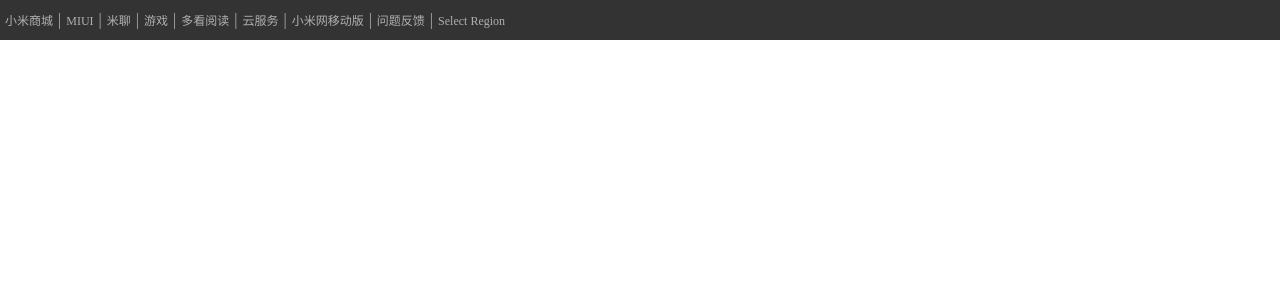
Repository: jijiajia19/mvue-by-jacle
Page: /
The author's editor kept a copy of each file at every save. The page is drawn from the files as they stood at one save, then again after the next save.
The browser window is 1280 px wide. The pictures show the whole page.
The project was rebuilt for these pictures with package versions that can differ from the ones it lists, and the page was loaded fresh each time. Also part of the build but not shown: vue.config.js.

Above is the page before, as saved 2022-02-22 14:02:59.

### public/index.html
<!DOCTYPE html>
<html lang="">
    <head>
        <meta charset="utf-8" />
        <meta http-equiv="X-UA-Compatible" content="IE=edge" />
        <meta name="viewport" content="width=device-width,initial-scale=1.0" />
        <link rel="icon" href="<%= BASE_URL %>favicon.ico" />
        <title><%= htmlWebpackPlugin.options.title %></title>
        <style>
            body {
                margin: 0px;
                padding: 0px;
            }
        </style>
    </head>
    <body>
        <noscript>
            <strong
                >We're sorry but <%= htmlWebpackPlugin.options.title %> doesn't
                work properly without JavaScript enabled. Please enable it to
                continue.</strong
            >
        </noscript>
        <div id="app"></div>
        <!-- built files will be auto injected -->
    </body>
</html>

### src/main.js
import Vue from 'vue';
// import App from './App.vue';
import Main from '@v/Main';
import router from './router';

Vue.config.productionTip = false;

new Vue({
    router,
    render: (h) => h(Main),
}).$mount('#app');

### src/views/Main.vue
<template>
    <div class="main-container"><Header></Header></div>
</template>

<script>
import Header from '@c/Header.vue';

export default {
    name: 'Main',
    data() {
        return {};
    },
    components: { Header },
};
</script>

<style scoped lang="less">
@import '@a/css/base.css';
</style>

### src/router/index.js
import Vue from 'vue';
import VueRouter from 'vue-router';
import Main from '@v/Main';

Vue.use(VueRouter);

const routes = [
    {
        path: '/',
        name: 'main',
        component: Main,
    },
    {
        path: '/about',
        name: 'about',
        // route level code-splitting
        // this generates a separate chunk (about.[hash].js) for this route
        // which is lazy-loaded when the route is visited.
        component: () =>
            import(/* webpackChunkName: "about" */ '../views/AboutView.vue'),
    },
];

const router = new VueRouter({
    routes,
});

export default router;

### src/assets/css/base.css
html {
    width: 100%;
    height: 100%;
}

body {
    font-family: Helvetica, Arial, 'Microsoft Yahei', 'Hiragino Sans GB',
        'Heiti SC', 'WenQuanYi Micro Hei', sans-serif;
    width: 100%;
    height: 100%;
}

ul {
    margin: 0;
    padding: 0;
    list-style: none;
}

.clearfix:after {
    content: '.';
    display: block;
    height: 0;
    clear: both;
    visibility: hidden;
}
.clearfix {
    *+height: 1%;
}

a {
    text-decoration: none;
    color: #333;
}

### src/components/Header.vue
<template>
    <div class="container">
        <div class="topbar-nav">
            <ul class="nav-wrap">
                <li
                    v-for="(item, index) in navs"
                    class="nav clearfix"
                    :key="item.name"
                >
                    <template v-if="item.name === '小米商城'">
                        <a :href="item.sourceUrl" class="nav-name">{{
                            item.name
                        }}</a>
                    </template>
                    <template v-else>
                        <a
                            :href="item.sourceUrl"
                            class="nav-name"
                            target="_blank"
                            >{{ item.name }}</a
                        >
                    </template>
                    <span class="nav-separate" v-show="index != 8">|</span>
                </li>
            </ul>
        </div>
        <div class="nav-info"></div>
    </div>
</template>

<script>
export default {
    name: 'Header',
    data() {
        return {
            navIndex: 0,
            navs: [
                { name: '小米商城', sourceUrl: 'http://www.mi.com/index.html' },
                { name: 'MIUI', sourceUrl: 'http://www.miui.com/' },
                { name: '米聊', sourceUrl: 'http://www.miliao.com/' },
                { name: '游戏', sourceUrl: 'http://game.xiaomi.com/' },
                { name: '多看阅读', sourceUrl: 'http://www.duokan.com/' },
                { name: '云服务', sourceUrl: 'https://i.mi.com/' },
                {
                    name: '小米网移动版',
                    sourceUrl: 'http://www.mi.com/c/appdownload/',
                },
                {
                    name: '问题反馈',
                    sourceUrl: 'http://static.mi.com/feedback/',
                },
                {
                    name: 'Select Region',
                    sourceUrl: 'http://www.mi.com/index.html',
                },
            ],
        };
    },
    components: {},
};
</script>

<style scoped lang="less">
.container {
    width: 100%;
    height: 40px;
    margin: 0px;
    padding: 0px;
    background: #333;
}

.topbar-nav {
    float: left;
    display: inline-block;
    height: 40px;
    line-height: 40px;
    overflow: hidden;
}

.nav-wrap {
    display: inline-block;
    margin: 0;
    padding: 0;
    list-style: none;
    .nav {
        display: inline-block;
        text-decoration: none;
        height: 40px;
        line-height: 40px;
        padding-left: 5px;
        & :hover {
            color: #fff;
        }
        .nav-name {
            display: inline-block;
            font-size: 12px;
            color: #b0b0b0;
            text-decoration: none;
        }
        .nav-separate {
            display: inline-block;
            color: #b0b0b0;
            margin-left: 5px;
        }
    }
}

.nav-info {
    position: absolute;
    top: 0;
    right: 140px;
    height: 40px;
    line-height: 40px;
    a {
        color: #b0b0b0;
        text-decoration: none;
        &:hover {
            color: #fff;
        }
    }
    span {
        color: #b0b0b0;
    }
}
</style>

After the next save:
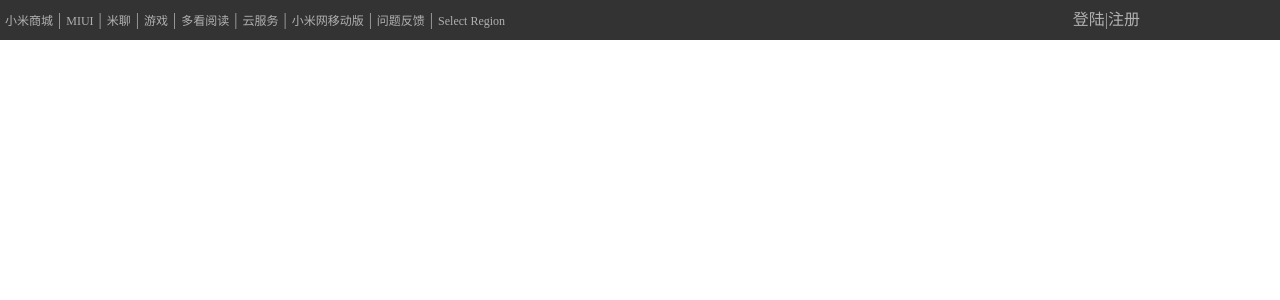
Saved 40 s later.
--- a/src/components/Header.vue
+++ b/src/components/Header.vue
@@ -24,7 +24,14 @@
                 </li>
             </ul>
         </div>
-        <div class="nav-info"></div>
+        <div class="nav-info">
+            <a
+                href="http://order.mi.com/site/login?redirectUrl=http://www.mi.com/index.html"
+                >登陆</a
+            >
+            <span class="nav-separate" v-show="$index !== 8">|</span>
+            <a href="https://account.xiaomi.com/pass/register">注册</a>
+        </div>
     </div>
 </template>
 
